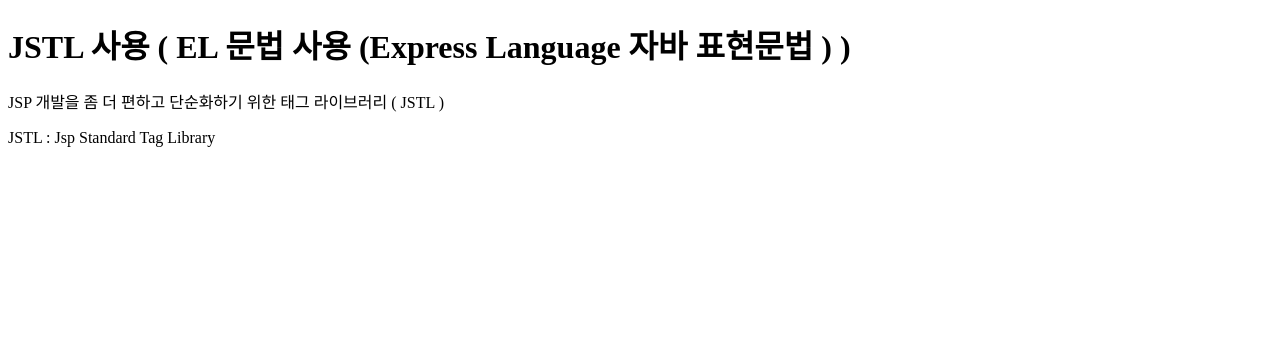
Repository: Kimgigon123123/JspServlet
Page: http://localhost/05.Mybatis/jstl/list.jsp
An editor plug-in stored every save of this project. The page is shown before and after the next save, followed by the edit.
The browser window is 1280 px wide. The pictures show the whole page.
The page is served by Tomcat 9.

Above is the page before, as saved 2023-05-23 01:33:38.

After the next save:
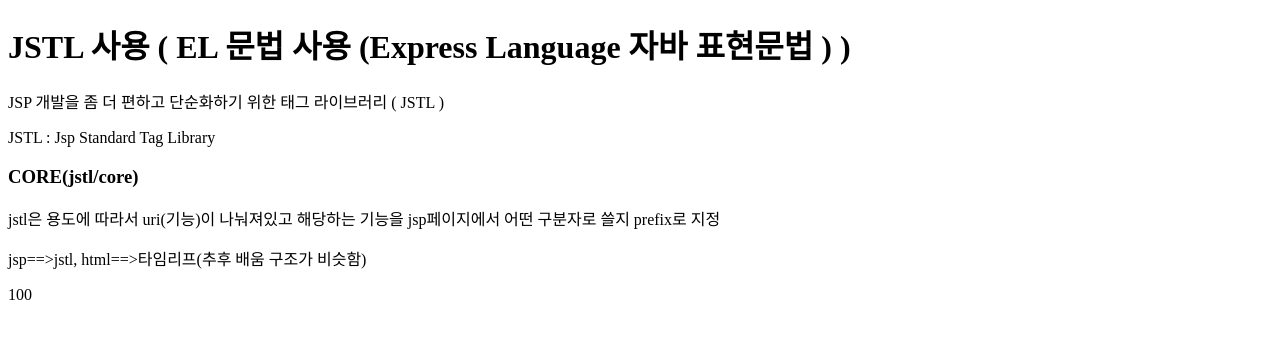
Saved 3 min 41 s later.
--- a/WorkSpace/05.Mybatis/src/main/webapp/jstl/list.jsp
+++ b/WorkSpace/05.Mybatis/src/main/webapp/jstl/list.jsp
@@ -11,5 +11,14 @@
 	<h1>JSTL 사용 ( EL 문법 사용 (Express Language 자바 표현문법 ) )</h1>
 	<p>JSP 개발을 좀 더 편하고 단순화하기 위한 태그 라이브러리 ( JSTL )</p>
 	<p>JSTL : Jsp Standard Tag Library</p>
+	<h3>CORE(jstl/core)</h3>
+	<p>jstl은 용도에 따라서 uri(기능)이 나눠져있고 해당하는 기능을 jsp페이지에서 어떤 구분자로 쓸지 prefix로 지정</p>
+	<p>jsp==>jstl, html==>타임리프(추후 배움 구조가 비슷함)</p>
+	<% int num=100; %><!--  자바코드를 이용해서 변수를 선언 -->
+	<c:set var="num1" value="200"/> <!--  jstl 태그 이용해서 변수 선언  -->
+	<p><%= num %></p>
+
+
+
 </body>
 </html>
